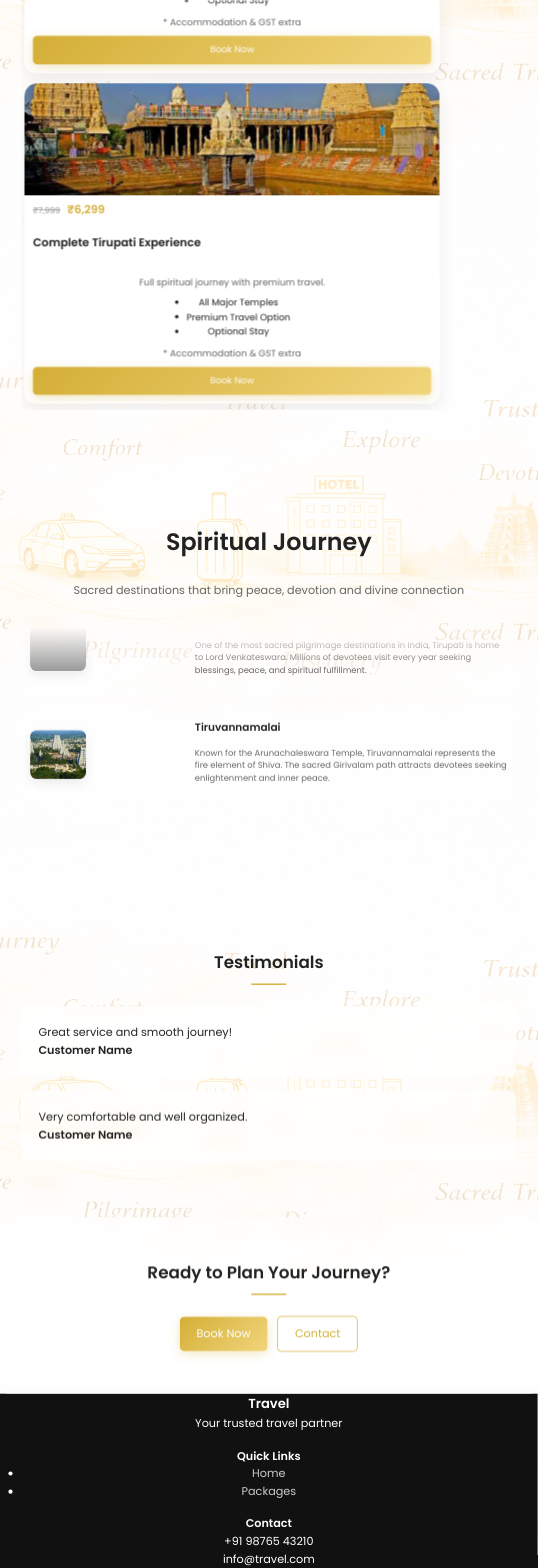
Repository: heytirupati/Bookingweb
Page: index.html
These files come from the project's save history. The page is drawn as it stood at one moment and after the next save; the edit follows.
The browser window is 768 px wide. The pictures show the part of the page from y = 2860 to 5100 px (the page is 5100 px tall before and 5060 px after), at 70% of full size.
Pictures or frames that could not be fetched are drawn as grey boxes. Backgrounds fixed to the window are drawn as part of the page.

Above is the page before, as saved 2026-03-28 13:09:16.

After the next save:
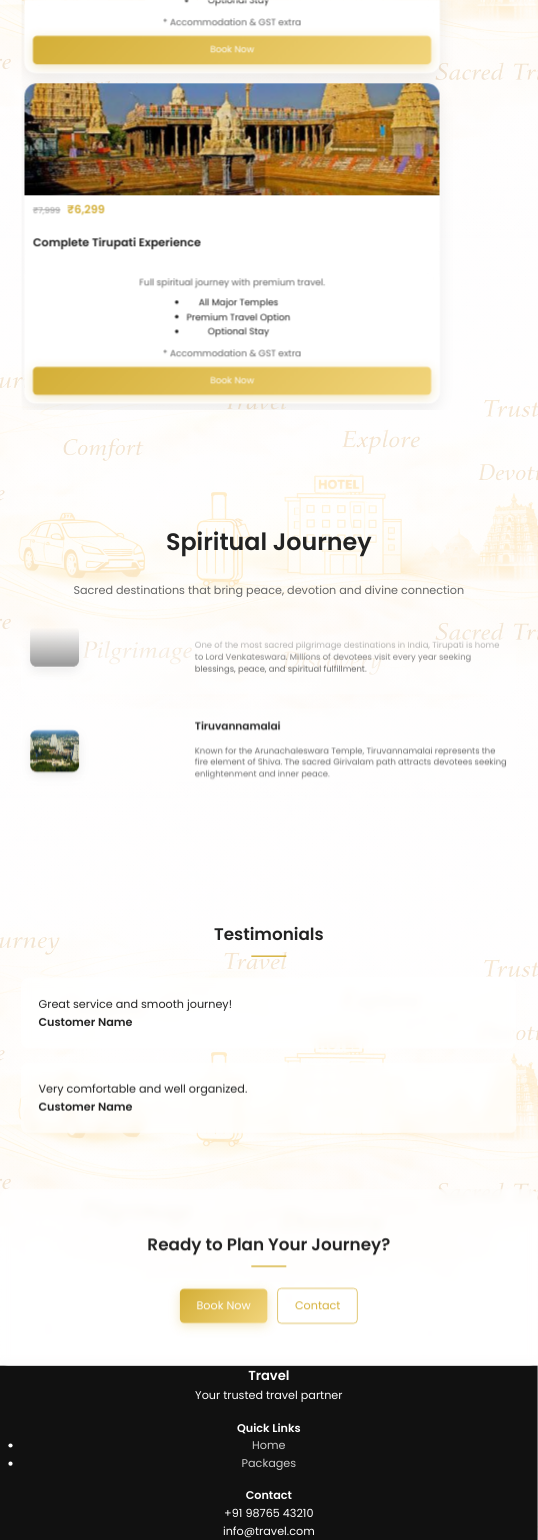
Saved 17 s later.
--- a/css/style.css
+++ b/css/style.css
@@ -1013,7 +1013,7 @@ service-card {
 ================================= */
 
 .spiritual-wrapper {
-        height: 300px;
+        height: 260px;
     }
 
     .spiritual-item {
@@ -1021,25 +1021,26 @@ service-card {
         padding: 12px;
     }
 
-    /* STILL SIDE BY SIDE (IMPORTANT) */
+    /* IMAGE SMALL */
+    .spiritual-image img {
+        width: 70px;
+        height: 60px;
+    }
+
+    /* CONTENT */
     .spiritual-content {
         flex: 2;
     }
 
-    .spiritual-image img {
-        width: 80px;
-        height: 70px;
-    }
-
     .spiritual-content h3 {
         font-size: 15px;
     }
 
     .spiritual-content p {
         font-size: 12px;
-    }
-
-
-
-
-}
+        line-height: 1.4;
+    }
+
+
+
+}
